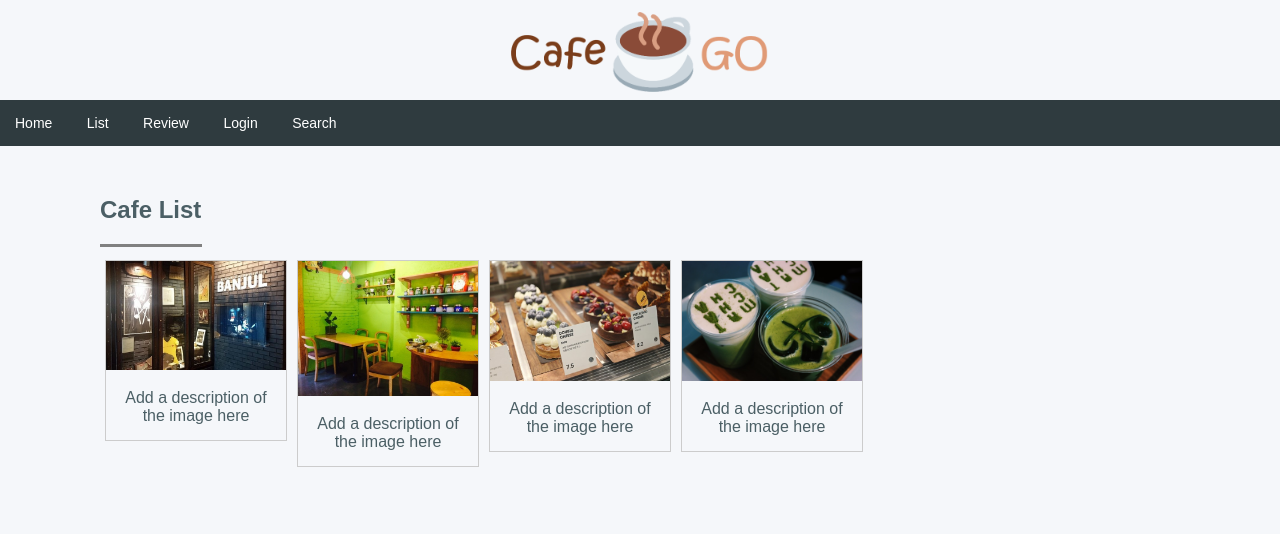
Repository: JuYeong0413/Web-Programming
Page: http://localhost/CafeGo/list.jsp
The author's editor kept a copy of each file at every save. The page is drawn from the files as they stood at one save, then again after the next save.
The browser window is 1280 px wide. The pictures show the whole page.
The page is served by Tomcat 9. Other server files are loaded and not shown.

Above is the page before, as saved 2018-12-23 05:10:24.

### Project/CafeGo/WebContent/list.jsp
<%@ page language="java" contentType="text/html; charset=utf-8"
	pageEncoding="utf-8"%>
<%@ include file="nav.jsp"%>
<!DOCTYPE html>
<html>
<head>
<meta charset="utf-8">
<title>Insert title here</title>
<link rel="stylesheet" href="list.css" />
<head>
</head>
<body>
	<div style="margin: 50px 0 0 100px">
		<h2>Cafe List</h2>
		<hr noshade align="left" width="100" size="3">

			<center>
			<div class="gallery">
				<img src="image/반쥴.jpg" alt="banjul" width="800" height="600">
				<div class="desc">Add a description of the image here</div>
			</div>

			<div class="gallery">
				<img src="image/에빈의커피이야기.jpg" alt="Forest" width="800" height="600">
				<div class="desc">Add a description of the image here</div>
			</div>

			<div class="gallery">
				<img src="image/앤드커피랩.jpg" alt="Northern Lights" width="800"
					height="600">
				<div class="desc">Add a description of the image here</div>
			</div>

			<div class="gallery">
				<img src="image/맛차차.jpg" alt="Mountains" width="600" height="400">
				<div class="desc">Add a description of the image here</div>
			</div>
		</center>
	</div>
</body>
</html>

### Project/CafeGo/WebContent/nav.jsp
<%@ page language="java" contentType="text/html; charset=utf-8" pageEncoding="utf-8"%>
<!DOCTYPE html>
<html lang="ko">
<head>
<meta charset="utf-8">
<title>Insert title here</title>
<link rel="stylesheet" href="reponsiveNavigation.css" />
</head>
<body>
<div>
<center>
<a href="main.jsp"><img src = "image/logo.png" width="264px" height="88px" align="center"></a>
</center>
</div>
<div class="nav_wrapper">
  <nav class="menu">
    <ul>
      <li><a href="main.jsp">Home</a>
        <ul>
          <li><a href="main.jsp">홈페이지 소개</a></li>
          <li><a href="main.jsp">오늘의 카페 추천</a></li>
          </li>
        </ul>
      </li>
      <li><a href="list.jsp">List</a>
        <ul>
          <li><a href="list.jsp">카페 목록</a></li>
          <li><a href="#Link">카페 분류 »</a>
          <ul>
              <li><a href="#Link">별점</a></li>
              <li><a href="#link">지역</a></li>
              <li><a href="#Link">테마</a></li>
            </ul>
          </li>
        </ul>
      </li>
      <li><a href="review.jsp">Review</a>
        <ul>
          <li><a href="review.jsp">방문 후기 목록</a></li>
          <li><a href="#Link">방문 후기 작성</a></li>
          <li><a href="#Link">방문 후기 수정</a></li>
          <li><a href="#Link">방문 후기 삭제</a></li>
          </ul>
      </li>
  		<%
  		String log = (String)session.getAttribute("login");

  		if(log!=null&&log.equals("yes")){
  		// 로그인 상태인 경우 보여지는 메뉴
      %>
      <li><a href="myPage.jsp">MyPage</a>
        <ul>
          <li><a href="myPage.jsp">MyPage</a></li>
          <li><a href="logout.jsp">로그아웃</a></li>
        </ul>
      </li>
      <% }
  		else if((String)session.getAttribute("id")==null){
    	  // 로그아웃 상태인 경우 보여지는 메뉴
    	  %>
    	  <li><a href="#Link">Login</a>
        <ul>
          <li><a href="login.jsp">로그인</a></li>
          <li><a href="find.jsp">아이디/비밀번호 찾기</a></li>
          <li><a href="signup.jsp">회원가입</a></li>
        </ul>
      </li>
    	  <%} %>
      </ul>
    <ul>
      <li><a href="search.jsp">Search</a>
        <ul>
          </li>
        </ul>
  </nav>
</body>
</html>

### Project/CafeGo/WebContent/reponsiveNavigation.css
html {
  font-family: sans-serif;
  color: #4b5f65;
  background: #f5f7fa;
}

body { overflow-x:hidden}

nav { width: 100%; }

.nav_wrapper {
  position: fixed;
  left: 0;
  top: 100px;
  width: 100%;
  <!--menu background => default : black-->
  background: #2f3b3f;
}

.menu {
  width: 100%;
  height: auto;
  background: #2f3b3f;
}

.menu ul {
  padding: 0px;
  margin: 0px;
  list-style: none;
  position: relative;
  display: inline-block;
}

.menu > li > ul.sub_menu {
  min-width: 10em;
  padding: 4px 0;
  background-color: #f4f4f4;
  border: 1px solid #fff;
}

.menu ul li { padding: 0px; }

.menu > ul > li { display: inline-block; }

.menu ul li a {
  display: block;
  text-decoration: none;
  color: #fff;
  font-size: 14px;
}

.menu ul li a:hover {
  background: #efa666;
  color: #fff;
  transition: all .5s ease-out;
}

.menu ul li.hover > a {
  background: #efa666;
  color: #fff;
}

.menu ul li > a { padding: 15px; }

.menu ul ul {
  display: none;
  position: absolute;
  top: 100%;
  min-width: 160px;
  background: #39484d;
}

.menu ul li:hover > ul { display: block;}

.menu ul ul > li { position: relative; }

.menu ul ul > li a {
  padding: 10px 15px;
  height: auto;
  background: #39484d;
}

.menu ul ul > li a:hover {
  background: #efa666;
  color: #fff;
}

.menu ul ul ul {
  position: absolute;
  left: 100%;
  top: 0;
}
.slide {
	width:100%;
}

### Project/CafeGo/WebContent/list.css
div.gallery {
	margin: 5px;
	border: 1px solid #ccc;
	float: left;
	width: 180px;
}

div.gallery:hover {
	border: 1px solid #777;
}

div.gallery img {
	width: 100%;
	height: auto;
}

div.desc {
	padding: 15px;
	text-align: center;
}

After the next save:
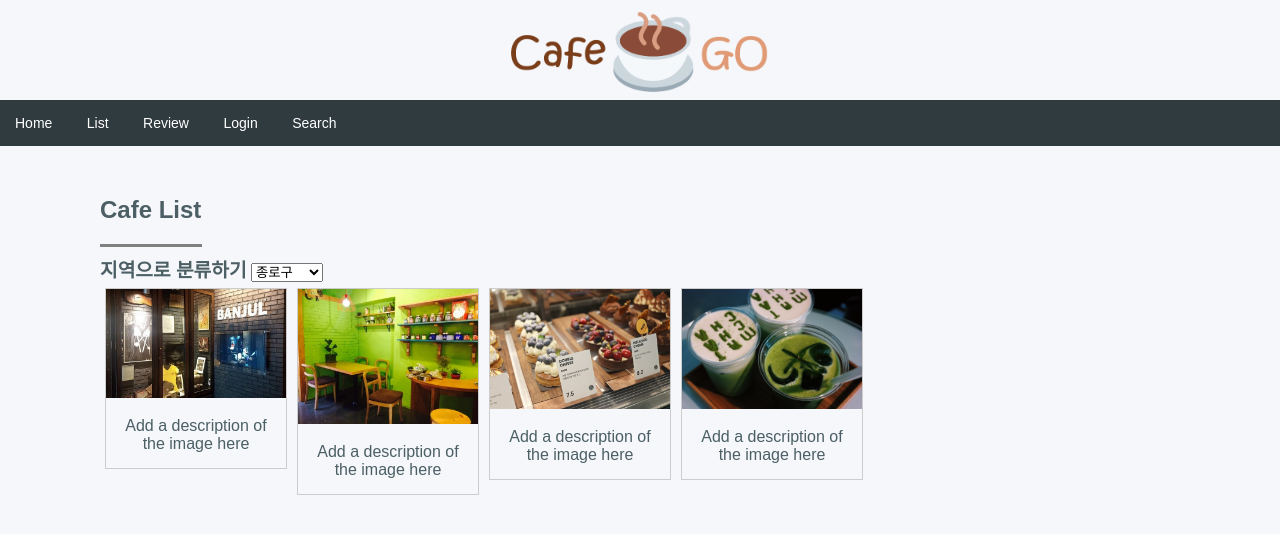
Saved 3 min 37 s later.
--- a/Project/CafeGo/WebContent/list.jsp
+++ b/Project/CafeGo/WebContent/list.jsp
@@ -13,7 +13,34 @@
 	<div style="margin: 50px 0 0 100px">
 		<h2>Cafe List</h2>
 		<hr noshade align="left" width="100" size="3">
-
+		<big><b>지역으로 분류하기</b></big>
+		<select name="star">
+			<option value="1">종로구</option>
+			<option value="2">중구</option>
+        	<option value="3">용산구</option>
+        	<option value="4">성동구</option>
+        	<option value="5">광진구</option>
+        	<option value="1">동대문구</option>
+			<option value="2">중랑구</option>
+        	<option value="3">성북구</option>
+        	<option value="4">강북구</option>
+        	<option value="5">도봉구</option>
+        	<option value="1">노원구</option>
+			<option value="2">은평구</option>
+        	<option value="3">서대문구</option>
+        	<option value="4">마포구</option>
+        	<option value="5">양천구</option>
+        	<option value="1">강서구</option>
+			<option value="2">구로구</option>
+        	<option value="3">금천구</option>
+        	<option value="4">영등포구</option>
+        	<option value="5">동작구</option>
+        	<option value="1">관악구</option>
+			<option value="2">서초구</option>
+        	<option value="3">강남구</option>
+        	<option value="4">송파구</option>
+        	<option value="5">강동구</option>
+      	</select>
 			<center>
 			<div class="gallery">
 				<img src="image/반쥴.jpg" alt="banjul" width="800" height="600">
